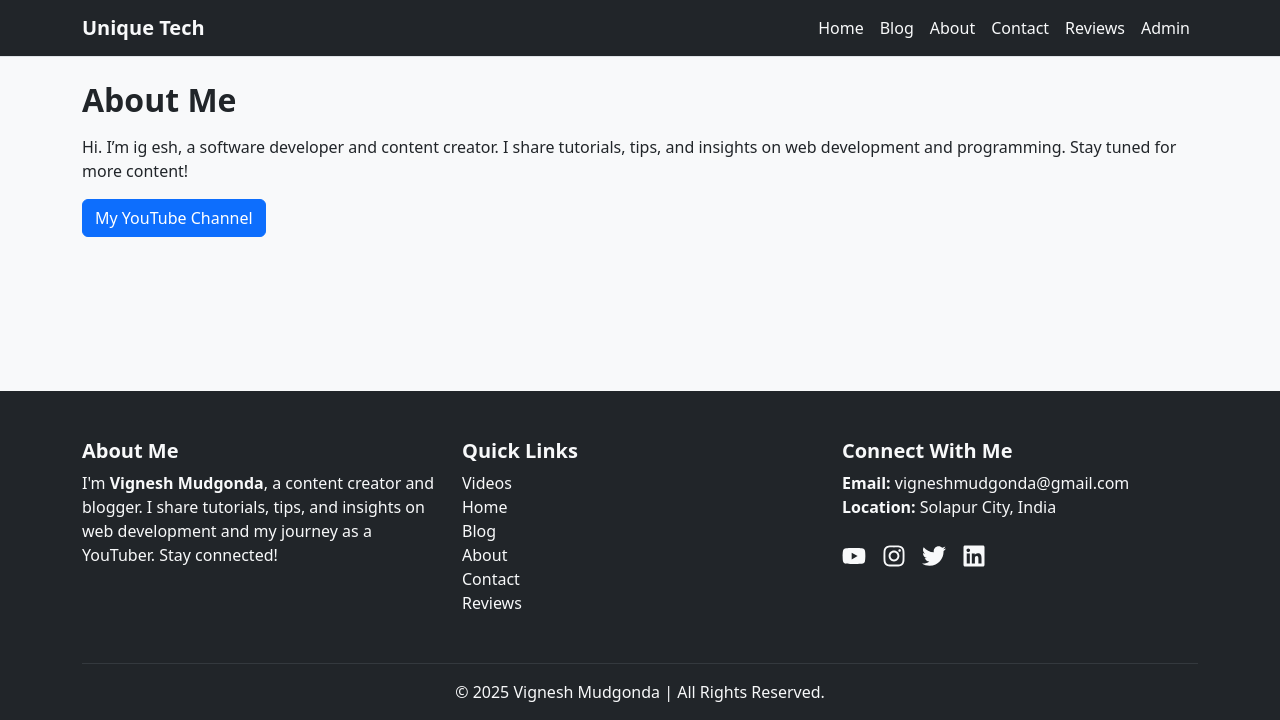
Repository: vigneshmudgonda/Blog2
Page: /about (app in blog-frontend-full/)
The author's editor kept a copy of each file at every save. The page is drawn from the files as they stood at one save, then again after a run of saves.
The browser window is 1280 px wide. The pictures show the whole page.
The page's requests for data from a server got no answer. The project was rebuilt for these pictures with package versions that can differ from the ones it lists, and the page was loaded fresh each time. No one was signed in, and anything a server would have sent is missing. Also part of the build but not shown: blog-frontend-full/src/services/api.js, blog-frontend-full/src/pages/Home.js, blog-frontend-full/src/pages/BlogList.js, blog-frontend-full/src/pages/BlogDetail.js, blog-frontend-full/src/pages/Reviews.js, blog-frontend-full/src/pages/Contact.js, blog-frontend-full/src/pages/AdminLogin.js, blog-frontend-full/src/pages/AdminDashboard.js and 3 more.

Above is the page before, as saved 2025-08-20 11:06:44.

After the next 6 saves:
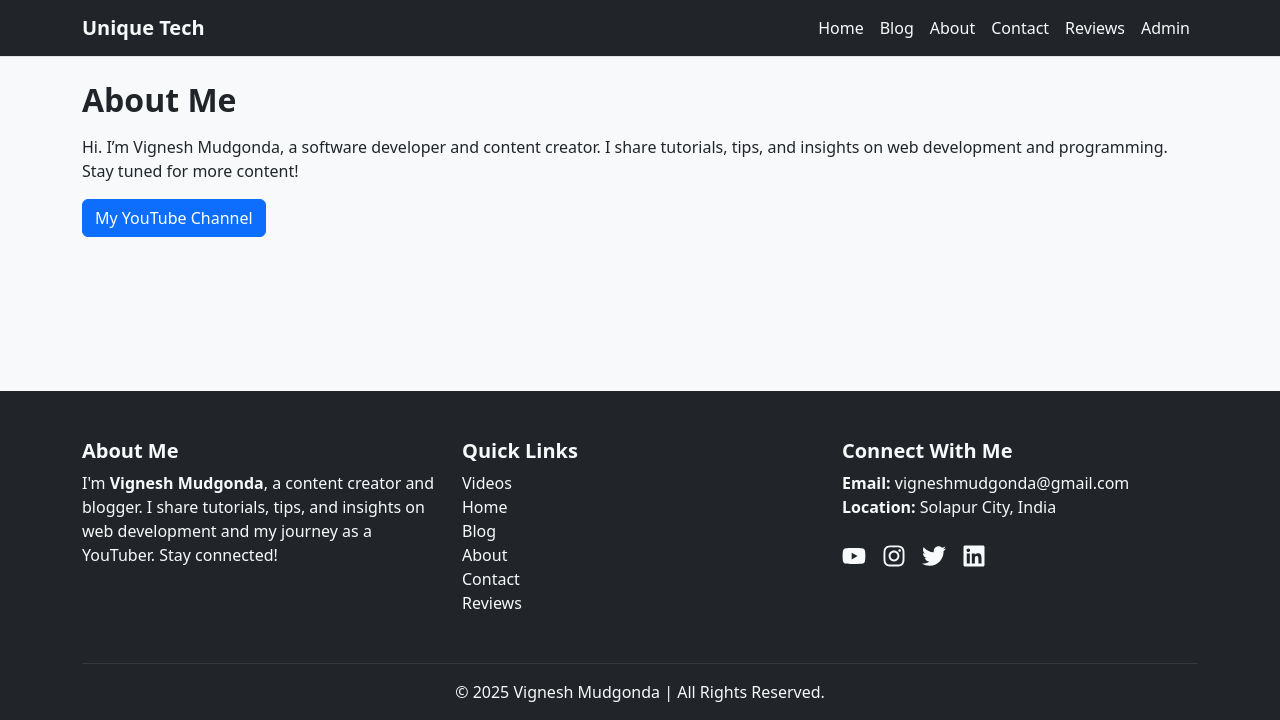
The 6 saves are shown as one change because they came seconds apart.
The last was saved 16 s later.
--- a/blog-frontend-full/src/pages/About.js
+++ b/blog-frontend-full/src/pages/About.js
@@ -4,7 +4,7 @@ export default function About(){
   return (
     <div className="container py-4">
       <h2 className="fw-bold mb-3">About Me</h2>
-      <p>Hi. I’m ig esh, a software developer and content creator. I share tutorials, tips, and insights on web development and programming. Stay tuned for more content!</p>
+      <p>Hi. I’m Vignesh Mudgonda, a software developer and content creator. I share tutorials, tips, and insights on web development and programming. Stay tuned for more content!</p>
       <a className="btn btn-primary" href={process.env.REACT_APP_YOUTUBE_URL||'https://www.youtube.com/@UNIQUETECH03'} target="_blank" rel="noreferrer">My YouTube Channel</a>
     </div>
   );
